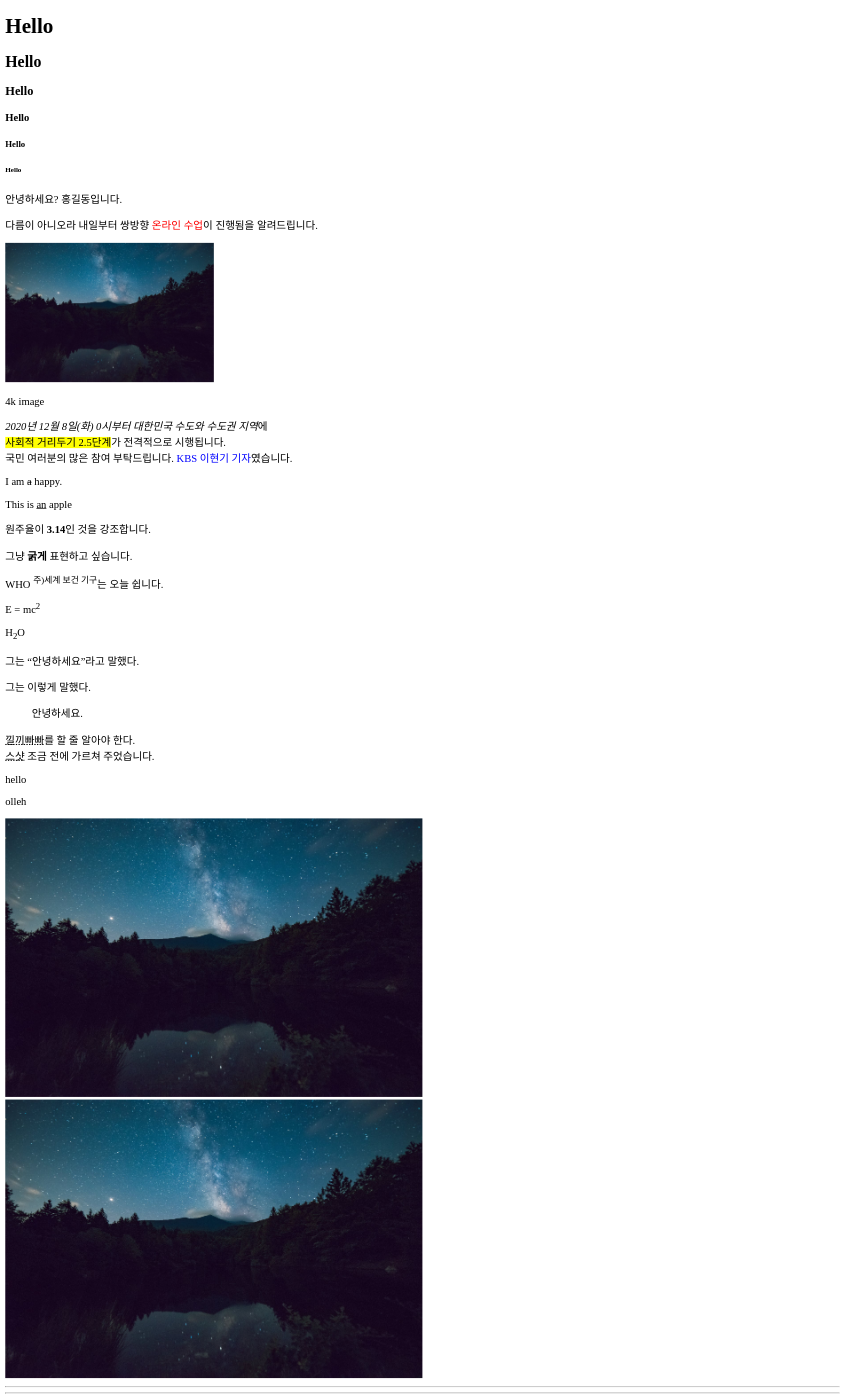
Repository: woneeseo/javastudy
Page: htmlStudy/workspace_html/HelloWorld/WebContent/f.html
The author's editor kept a copy of each file at every save. The page is drawn from the files as they stood at one save, then again after the next save.
The browser window is 1280 px wide. The pictures show the whole page, at 66% of full size.

Above is the page before, as saved 2020-12-07 06:22:06.

After the next save:
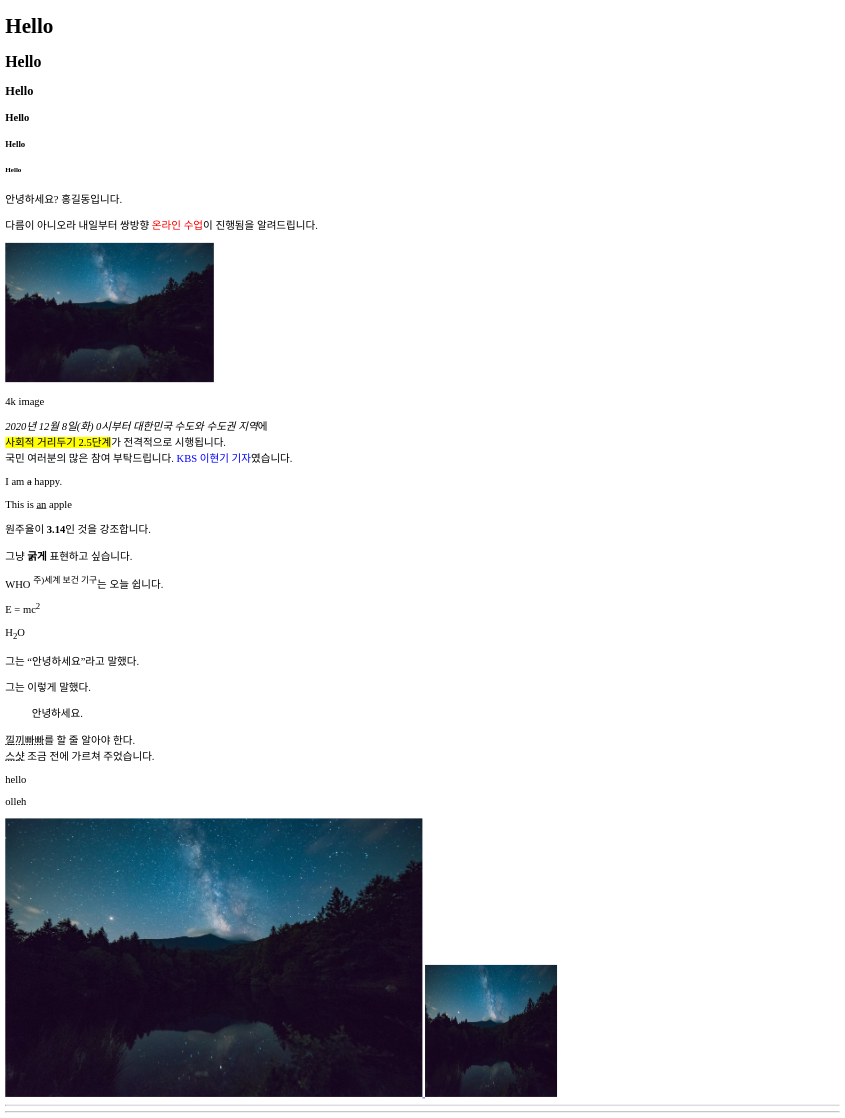
Saved 3 min 24 s later.
--- a/htmlStudy/workspace_html/HelloWorld/WebContent/f.html
+++ b/htmlStudy/workspace_html/HelloWorld/WebContent/f.html
@@ -97,7 +97,7 @@
 </a>
 <!-- 이미지 파일에 하이퍼링크 달기 : img태그를 a태그로 감싸기 -->
 
-<img alt="4k image" src="test.jpeg" style="width: 50%; height: 50%;" usemap="#myMap">
+<img alt="4k image" src="test.jpeg" style="width: 200px; height: 200px;" usemap="#myMap">
 
 
 <map id="myMap">
